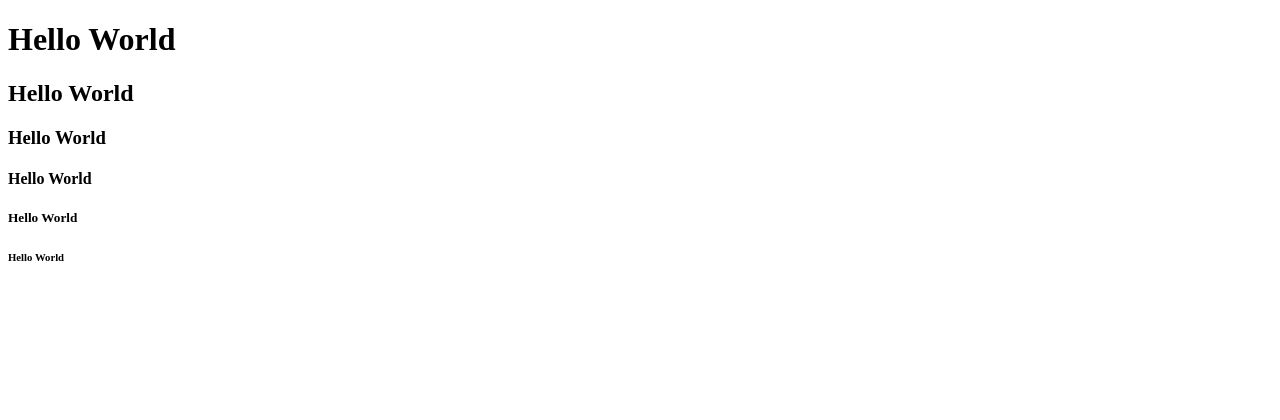
Repository: nspandey/Phase-2
Page: MyFirstWebApp/src/main/webapp/index.html
An editor plug-in stored every save of this project. The page is shown before and after the next save, followed by the edit.
The browser window is 1280 px wide. The pictures show the whole page.

Above is the page before, as saved 2023-02-04 08:20:31.

After the next save:
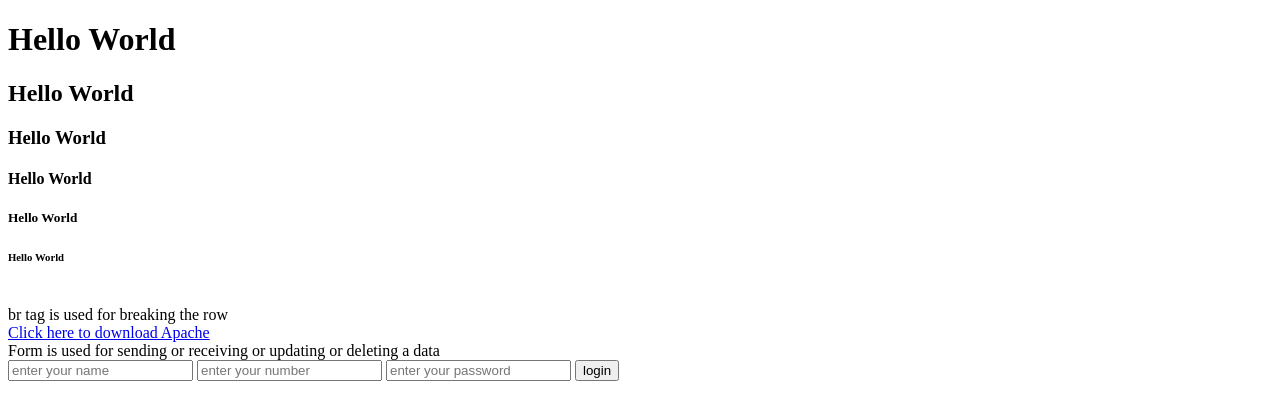
Saved 38 s later.
--- a/MyFirstWebApp/src/main/webapp/index.html
+++ b/MyFirstWebApp/src/main/webapp/index.html
@@ -11,5 +11,23 @@
 <h4>Hello World</h4>
 <h5>Hello World</h5>
 <h6>Hello World</h6>
+
+<br>
+br tag is used for breaking the row
+<br>
+
+<a href="https://tomcat.apache.org/download-90.cgi#9.0.71">Click here to download Apache</a>
+<br>
+Form is used for sending or receiving or updating or deleting a data
+
+<form action="save" method="post">
+<input type="text" name="pname" placeholder="enter your name">
+<input type="number" name="pnum" placeholder="enter your number">
+<input type="password" name="ppass" placeholder="enter your password">
+<input type="submit" value="login">
+
+
+</form>
+
 </body>
 </html>
